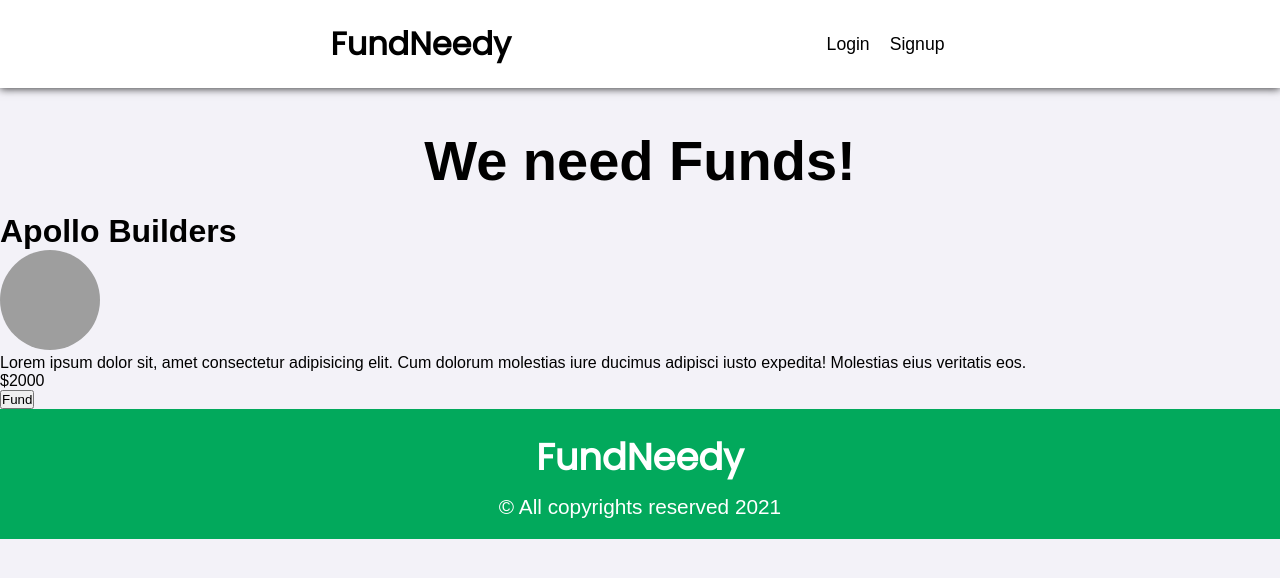
Repository: osdc/codejam
Page: /needies (app in sassy-sandwiches/fund-needy/)
These files come from the project's save history. The page is drawn as it stood at one moment and after the next save; the edit follows.
The browser window is 1280 px wide. The pictures show the whole page.
Pictures or frames that could not be fetched are drawn as grey boxes. The project was rebuilt for these pictures with package versions that can differ from the ones it lists, and the page was loaded fresh each time. Also part of the build but not shown: sassy-sandwiches/fund-needy/src/Showcase.css, sassy-sandwiches/fund-needy/src/Showcase.js.

Above is the page before, as saved 2021-01-09 19:37:22.

After the next save:
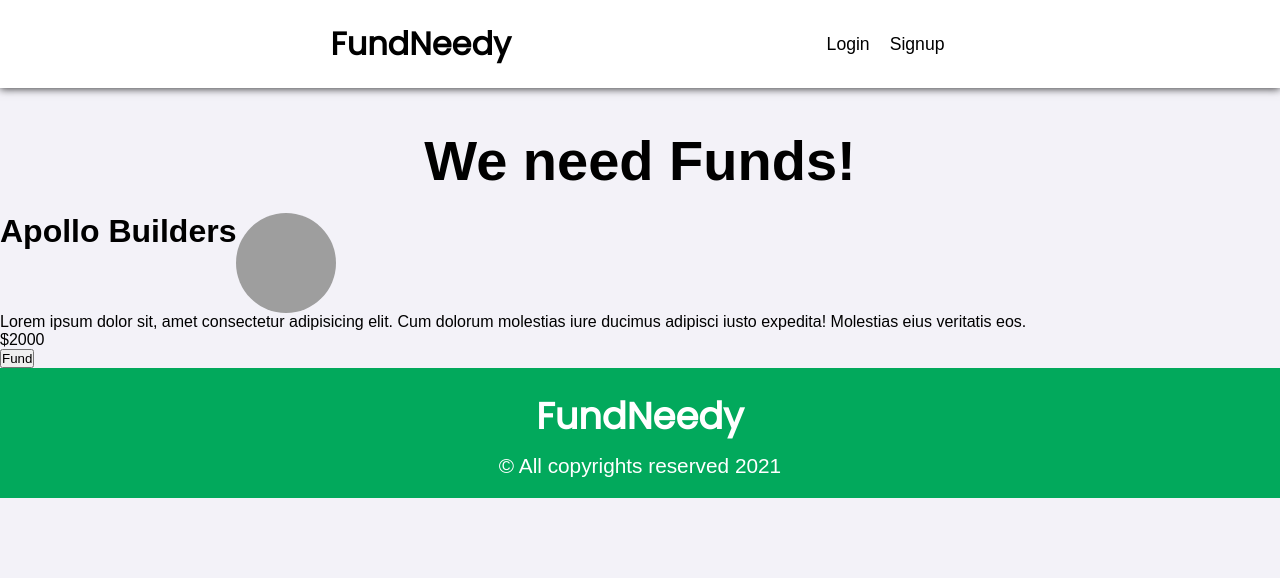
Saved 15 s later.
--- a/sassy-sandwiches/fund-needy/src/Needy.css
+++ b/sassy-sandwiches/fund-needy/src/Needy.css
@@ -1,3 +1,7 @@
+.needy_header {
+  display: flex;
+}
+
 .needy_header > img {
   height: 100px;
   width: 100px;
